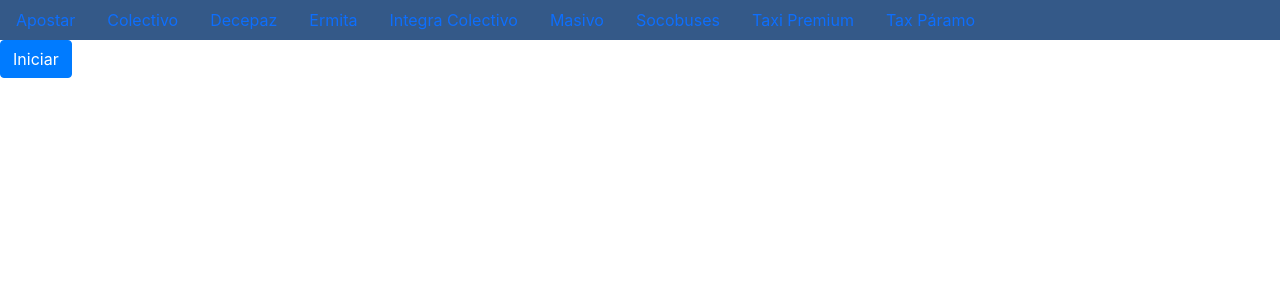
Repository: jpalacio9702/ADM
Page: / (app in frontend/ADM/)
These files come from the project's save history. The page is drawn as it stood at one moment and after the next save; the edit follows.
The browser window is 1280 px wide. The pictures show the whole page.
The project was rebuilt for these pictures with package versions that can differ from the ones it lists, and the page was loaded fresh each time. Also part of the build but not shown: frontend/ADM/angular.json, frontend/ADM/src/app/listar-vehiculos/listar-vehiculos.component.ts.

Above is the page before, as saved 2021-03-17 21:49:53.

After the next save:
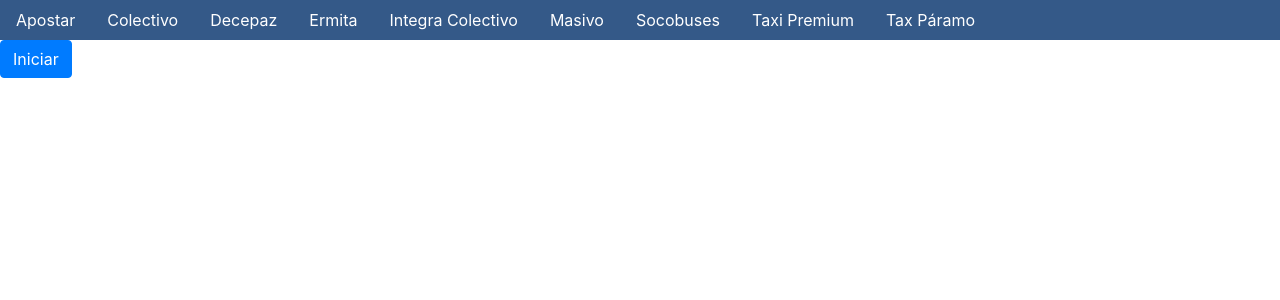
Saved 11 s later.
--- a/frontend/ADM/src/app/app.component.css
+++ b/frontend/ADM/src/app/app.component.css
@@ -2,6 +2,6 @@
     background: #345988;
 }
 
-ul li{
+ul li a{
     color: #ffff;
 }
